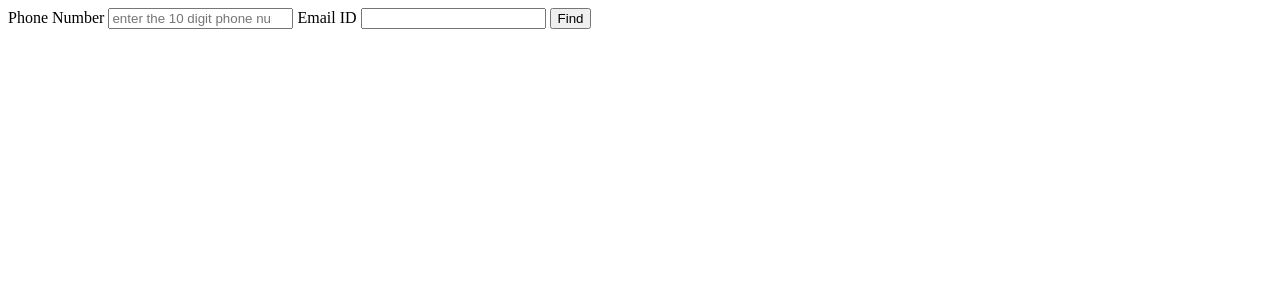
Repository: derekhub/IndiaTrainingProgramProjects
Page: ServletExample/WebContent/DueFinder.html
An editor plug-in stored every save of this project. The page is shown before and after the next save, followed by the edit.
The browser window is 1280 px wide. The pictures show the whole page.

Above is the page before, as saved 2016-08-23 09:47:58.

After the next save:
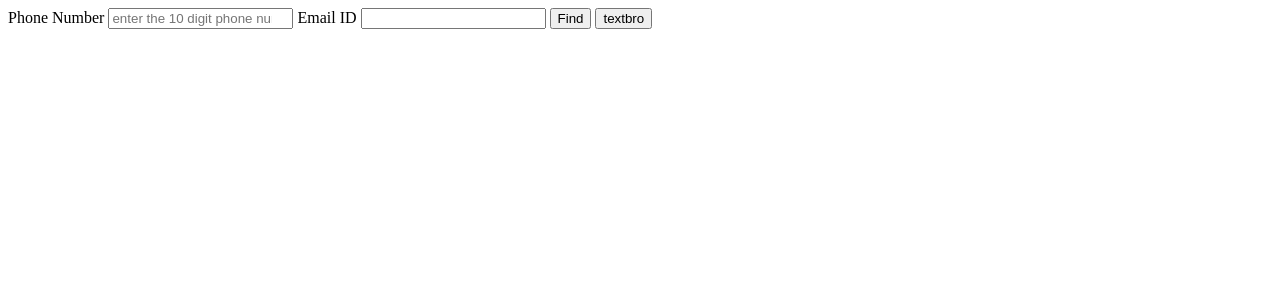
Saved 12 min 43 s later.
--- a/ServletExample/WebContent/DueFinder.html
+++ b/ServletExample/WebContent/DueFinder.html
@@ -3,6 +3,19 @@
 <head>
 <meta charset="ISO-8859-1">
 <title>Calculate Amount Due</title>
+
+<script src="https://ajax.googleapis.com/ajax/libs/jquery/1.12.4/jquery.min.js"></script>
+<script>
+$(document).ready(function(){
+    $("button").click(function(){
+        $.get("demo_test.asp", function(data, status){
+            alert("Data: " + data + "\nStatus: " + status);
+        });
+    });
+});
+</script>
+
+
 </head>
 <body>
 
@@ -26,6 +39,8 @@
 
   <input type="submit" value="Find">
 
+<button>textbro</button>
+
 </form>
 
 </body>
